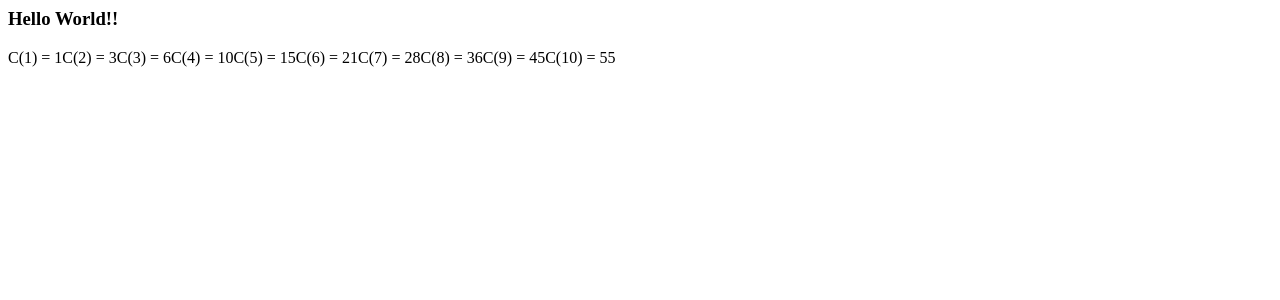
Repository: tmquan5823/TestJSP
Page: http://localhost/JSP_Demo/helloword.jsp
The author's editor kept a copy of each file at every save. The page is drawn from the files as they stood at one save, then again after a run of saves.
The browser window is 1280 px wide. The pictures show the whole page.
The page is served by Tomcat 9.

Above is the page before, as saved 2024-03-08 08:27:54.

After the next 2 saves:
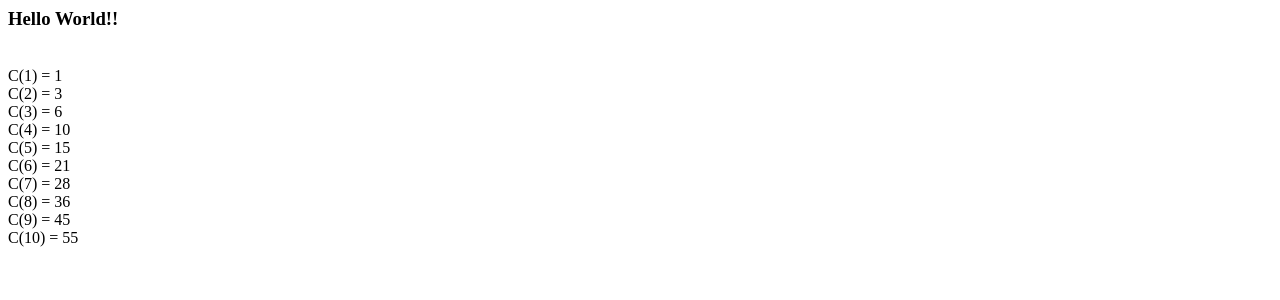
The 2 saves are shown as one change because they came seconds apart.
The last was saved 31 s later.
--- a/JSP Demo/src/main/webapp/helloword.jsp
+++ b/JSP Demo/src/main/webapp/helloword.jsp
@@ -11,6 +11,7 @@
 	%>
 	<%
 		for(int i=1;i<=10;i++){
+			out.print("<br>");
 			out.print("C(" + i + ") = " + caculate(i));
 		}
 	%>
